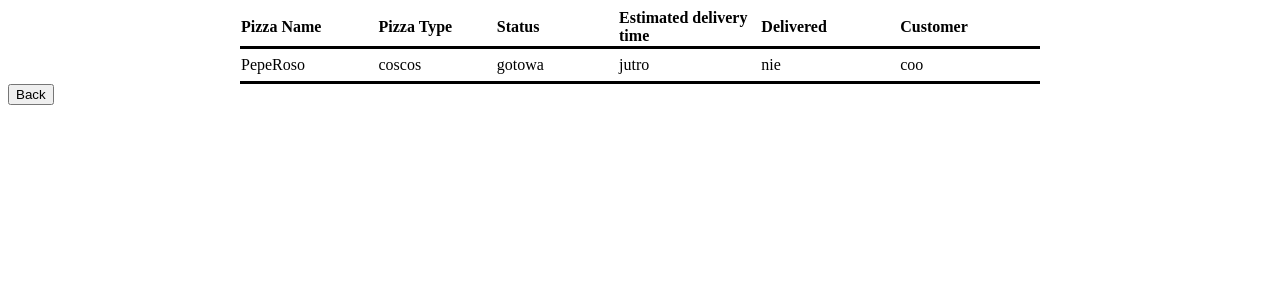
Repository: wisni4k/html-trainee
Page: testWeb/WebContent/OrdersList.html
The author's editor kept a copy of each file at every save. The page is drawn from the files as they stood at one save, then again after the next save.
The browser window is 1280 px wide. The pictures show the whole page.

Above is the page before, as saved 2015-07-10 13:18:46.

After the next save:
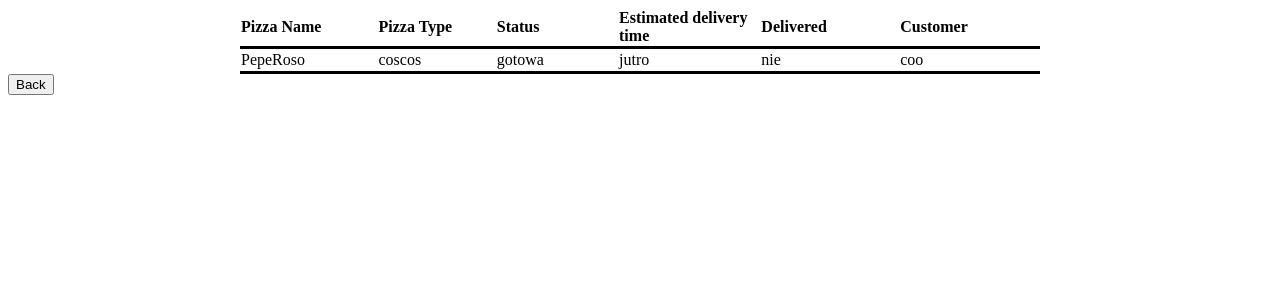
Saved 6 s later.
--- a/testWeb/WebContent/TableStyle.css
+++ b/testWeb/WebContent/TableStyle.css
@@ -6,5 +6,5 @@ table ,td{
 	margin-left: auto;
 	margin-right: auto;
 	width:800px;
-	height: 30px;
+	height: 20px;
 }
